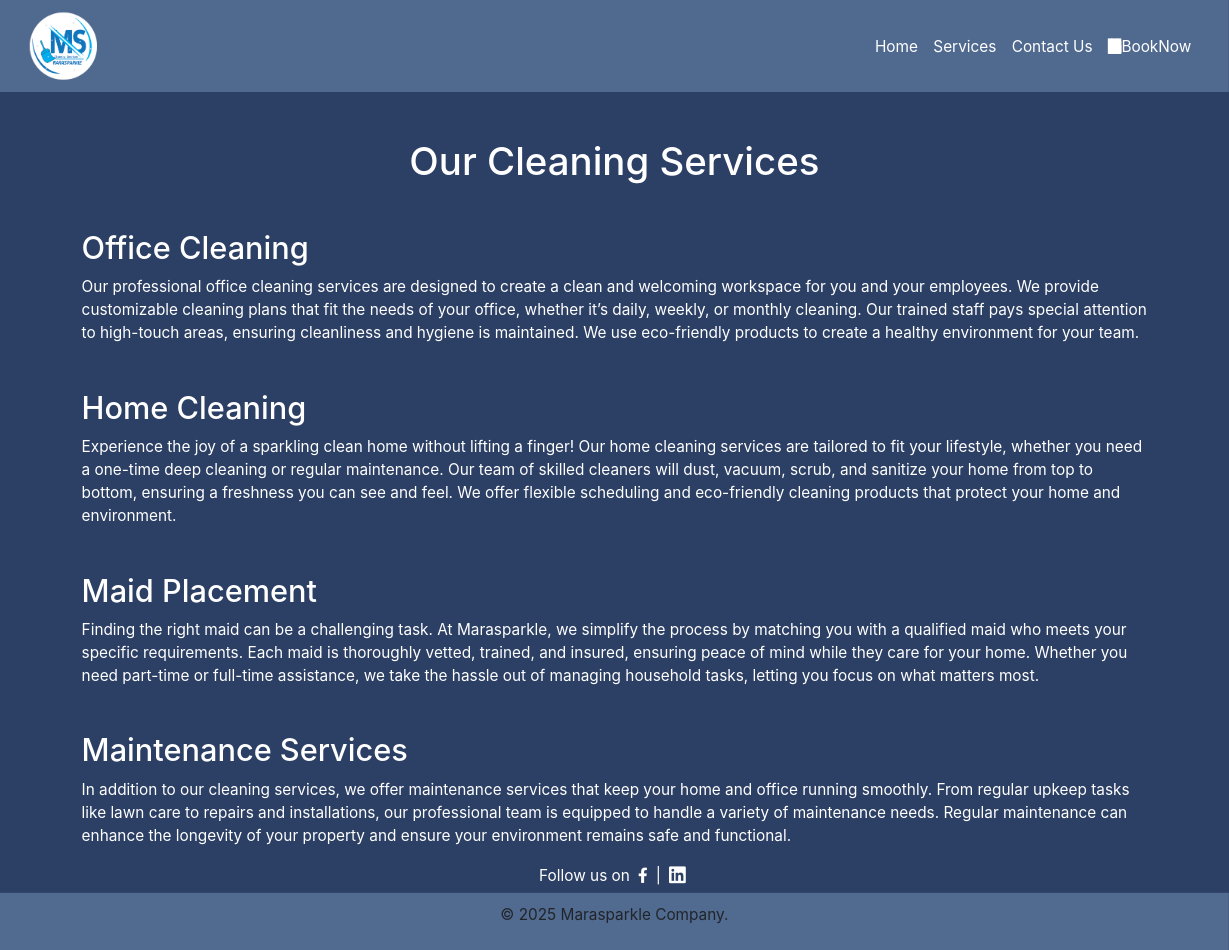
Repository: guineveretim/sparkle
Page: http://localhost/services/
The author's editor kept a copy of each file at every save. The page is drawn from the files as they stood at one save, then again after the next save.
The browser window is 1280 px wide. The pictures show the whole page, at 96% of full size.
The page is served by the project's application, run on Django 5.2 (manage.py). Other server files are loaded and not shown.

Above is the page before, as saved 2025-03-26 15:53:39.

### templates/application/services.html
{% load static %}
<!DOCTYPE html>
<html lang="en">
<head>
    <!-- Required meta tags -->
    <meta charset="utf-8">
    <meta name="viewport" content="width=device-width, initial-scale=1, shrink-to-fit=no">

    <!-- Bootstrap CSS -->
    <link rel="stylesheet" href="https://cdn.jsdelivr.net/npm/bootstrap@4.1.3/dist/css/bootstrap.min.css" integrity="sha384-MCw98/SFnGE8fJT3GXwEOngsV7Zt27NXFoaoApmYm81iuXoPkFOJwJ8ERdknLPMO" crossorigin="anonymous">

    <!-- Font Awesome CDN -->
    <link rel="stylesheet" href="https://cdnjs.cloudflare.com/ajax/libs/font-awesome/6.0.0-beta3/css/all.min.css">

    <link rel="stylesheet" href="{% static 'css/application/services.css' %}">

    <title>Services</title>

</head>
<body>

    <nav class="navbar navbar-expand-lg navbar-dark sticky-top" style="background-color:rgba(166, 206, 243,0.3);">
        <div class="container-fluid">
        <a class="navbar-brand" href="{% url 'services_details' %}">
            <img src="{% static 'icons/Maralog.png' %}" style="width:70px;">
        </a>
        <button class="navbar-toggler" type="button" data-toggle="collapse" data-target="#navbarNav" aria-controls="navbarNav" aria-expanded="false" aria-label="Toggle navigation">
            <span class="navbar-toggler-icon" style="color:white;"></span>
        </button>

        <div class="collapse navbar-collapse" id="navbarNav">
            <ul  class="navbar-nav ml-auto">
                <li class="nav-item ">
                    <a class="nav-link" href="{% url 'home' %}"><span style="color:white;">Home <span class="sr-only">(current)</span></a>
                </li>
                <li class="nav-item active">
                    <a class="nav-link" href="{% url 'services_details' %}"> <span style="color:white;"> Services</a>
                </li>
                <li class="nav-item">
                    <a class="nav-link" href="{% url 'contact' %}"> <span style="color:white;">Contact Us</a>
                </li>
                <li class="nav-item">
                    <a class="nav-link" href="{% url 'login' %}" style="color: white;"><i class="fas fa-calendar" style="background-color: rgb(255, 255, 255);"></i>BookNow</a>
                </li>
            </ul>
        </div>
    </div>
    </nav>

    <div class="container mt-5 text-white">
        <h1 class="text-center">Our Cleaning Services</h1>

        <section class="my-5">
            <h2>Office Cleaning</h2>
            <p>Our professional office cleaning services are designed to create a clean and welcoming workspace for you and your employees. We provide customizable cleaning plans that fit the needs of your office, whether it’s daily, weekly, or monthly cleaning. Our trained staff pays special attention to high-touch areas, ensuring cleanliness and hygiene is maintained. We use eco-friendly products to create a healthy environment for your team.</p>
        </section>

        <section class="my-5">
            <h2>Home Cleaning</h2>
            <p>Experience the joy of a sparkling clean home without lifting a finger! Our home cleaning services are tailored to fit your lifestyle, whether you need a one-time deep cleaning or regular maintenance. Our team of skilled cleaners will dust, vacuum, scrub, and sanitize your home from top to bottom, ensuring a freshness you can see and feel. We offer flexible scheduling and eco-friendly cleaning products that protect your home and environment.</p>
        </section>

        <section class="my-5">
            <h2>Maid Placement</h2>
            <p>Finding the right maid can be a challenging task. At Marasparkle, we simplify the process by matching you with a qualified maid who meets your specific requirements. Each maid is thoroughly vetted, trained, and insured, ensuring peace of mind while they care for your home. Whether you need part-time or full-time assistance, we take the hassle out of managing household tasks, letting you focus on what matters most.</p>
        </section>

        <section class="my-5">
            <h2>Maintenance Services</h2>
            <p>In addition to our cleaning services, we offer maintenance services that keep your home and office running smoothly. From regular upkeep tasks like lawn care to repairs and installations, our professional team is equipped to handle a variety of maintenance needs. Regular maintenance can enhance the longevity of your property and ensure your environment remains safe and functional.</p>
        </section>
    </div>


        <!-- ***** About Section End ***** -->

        <footer class="footer text-center" style="background-color: rgba(166, 206, 243, 0.3); padding: 10px 0;">
            <div class="container-fluid">
                <div class="row">
                    <div class="col-12">
                        <p>© 2025 Marasparkle Company.</p>
                    </div>
                    <div class="col-12" style="margin-top: -80px;">
                        <p style="color: white;">
                            Follow us on
                            <a href="https://www.facebook.com/profile.php?id=61573551016908" class="mx-1 text-white" aria-label="Follow us on Facebook">
                                <i class="fab fa-facebook-f"></i>
                            </a>
                            <span>|</span>
                            <a href="https://linkedin.com" class="mx-1 text-white" aria-label="Follow us on LinkedIn">
                                <i class="fab fa-linkedin fa-lg"></i>
                            </a>
                        </p>
                    </div>
                </div>
            </div>
        </footer>



    <!-- jQuery first, then Popper.js, then Bootstrap JS -->
    <script src="https://code.jquery.com/jquery-3.3.1.slim.min.js" integrity="sha384-q8i/X+965DzO0rT7abK41JStQIAqVgRVzpbzo5smXKp4YfRvH+8abtTE1Pi6jizo" crossorigin="anonymous"></script>
    <script src="https://cdn.jsdelivr.net/npm/popper.js@1.14.3/dist/umd/popper.min.js" integrity="sha384-ZMP7rVo3mIykV+2+9J3UJ46jBk0WLaUAdn689aCwoqbBJiSnjAK/l8WvCWPIPm49" crossorigin="anonymous"></script>
    <script src="https://cdn.jsdelivr.net/npm/bootstrap@4.1.3/dist/js/bootstrap.min.js" integrity="sha384-ChfqqxuZUCnJSK3+MXmPNIyE6ZbWh2IMqE241rYiqJxyMiZ6OW/JmZQ5stwEULTy" crossorigin="anonymous"></script>
</body>
</html>

### marasparkle/views.py

from django.shortcuts import redirect, render
from django.contrib.auth import authenticate, login
from .forms import RegisterForm, LoginForm
from django.contrib.auth.decorators import login_required
from django.contrib import messages
from .forms import BookingForm



def home(request):
  return render(request, 'home.html')

def Service(request):
    return render(request, 'application/services.html')


def contact(request):
    return render(request, 'application/contact.html')

def about_view(request):
    return render(request, 'application/about.html')


def register(request):
   if request.method == 'POST':
       form = RegisterForm(request.POST)
       if form.is_valid():
           user = form.save()
           login(request, user)
           return redirect('login')
   else:
       form = RegisterForm()
   return render(request, 'authentication/register.html', {'form': form})

def login_view(request):
    if request.method == 'POST':
        form = LoginForm(data=request.POST)
        if form.is_valid():
            username = form.cleaned_data.get('username')
            password = form.cleaned_data.get('password')
            user = authenticate(request, username=username, password=password)
            if user is not None:
                login(request, user)
                return redirect('bookings')
            else:

                messages.error(request, 'Invalid username or password.')
    else:
        form = LoginForm()
    return render(request, 'authentication/login.html', {'form': form})


@login_required
def create_booking(request):
    if request.method == 'POST':
        form = BookingForm(request.POST)
        if form.is_valid():
            booking = form.save(commit=False)
            booking.user = request.user
            booking.save()
            return redirect('booking_success')
    else:
        form = BookingForm()

    return render(request,'accounts/booking.html', {'form':form})

### marasparkleweb/urls.py
"""
URL configuration for marasparkleweb project.

The `urlpatterns` list routes URLs to views. For more information please see:
    https://docs.djangoproject.com/en/5.1/topics/http/urls/
Examples:
Function views
    1. Add an import:  from my_app import views
    2. Add a URL to urlpatterns:  path('', views.home, name='home')
Class-based views
    1. Add an import:  from other_app.views import Home
    2. Add a URL to urlpatterns:  path('', Home.as_view(), name='home')
Including another URLconf
    1. Import the include() function: from django.urls import include, path
    2. Add a URL to urlpatterns:  path('blog/', include('blog.urls'))
"""
from django.contrib import admin
from django.urls import include, path

urlpatterns = [
    path('admin/', admin.site.urls),
    path('', include('marasparkle.urls')),
]

### marasparkle/urls.py
from django.urls import path

from marasparkle.forms import ResetPasswordConfirmForm, ResetPasswordForm
from . import views
from django.contrib.auth import views as auth_views


urlpatterns = [
    path('', views.home, name='home'),
    path('about/',views.about_view, name='about'),
    path('services/',views.Service,name='services_details'),
    path('login/', views.login_view, name= 'login'),
    path('register/', views.register, name='register'),
    path('contact/', views.contact, name='contact'),

    path('password_reset/', auth_views.PasswordResetView.as_view(
        template_name='authentication/password_reset.html',
        form_class=ResetPasswordForm
    ), name='password_reset'),


    path('password_reset_done/', auth_views.PasswordResetDoneView.as_view(
        template_name='authentication/password_reset_done.html'
    ), name='password_reset_done'),


    path('password_reset_confirm/<uidb64>/<token>/', auth_views.PasswordResetConfirmView.as_view(
        template_name='authentication/password_reset_confirm.html',
        form_class=ResetPasswordConfirmForm
    ), name='password_reset_confirm'),

    path('password_reset_complete/', auth_views.PasswordResetCompleteView.as_view(
        template_name='authentication/password_reset_complete.html'
    ), name='password_reset_complete'),

    path('booking/',views.create_booking, name= 'bookings'),



]

### static/css/application/services.css
body{
  background-color: #2c3f64;
}

After the next save:
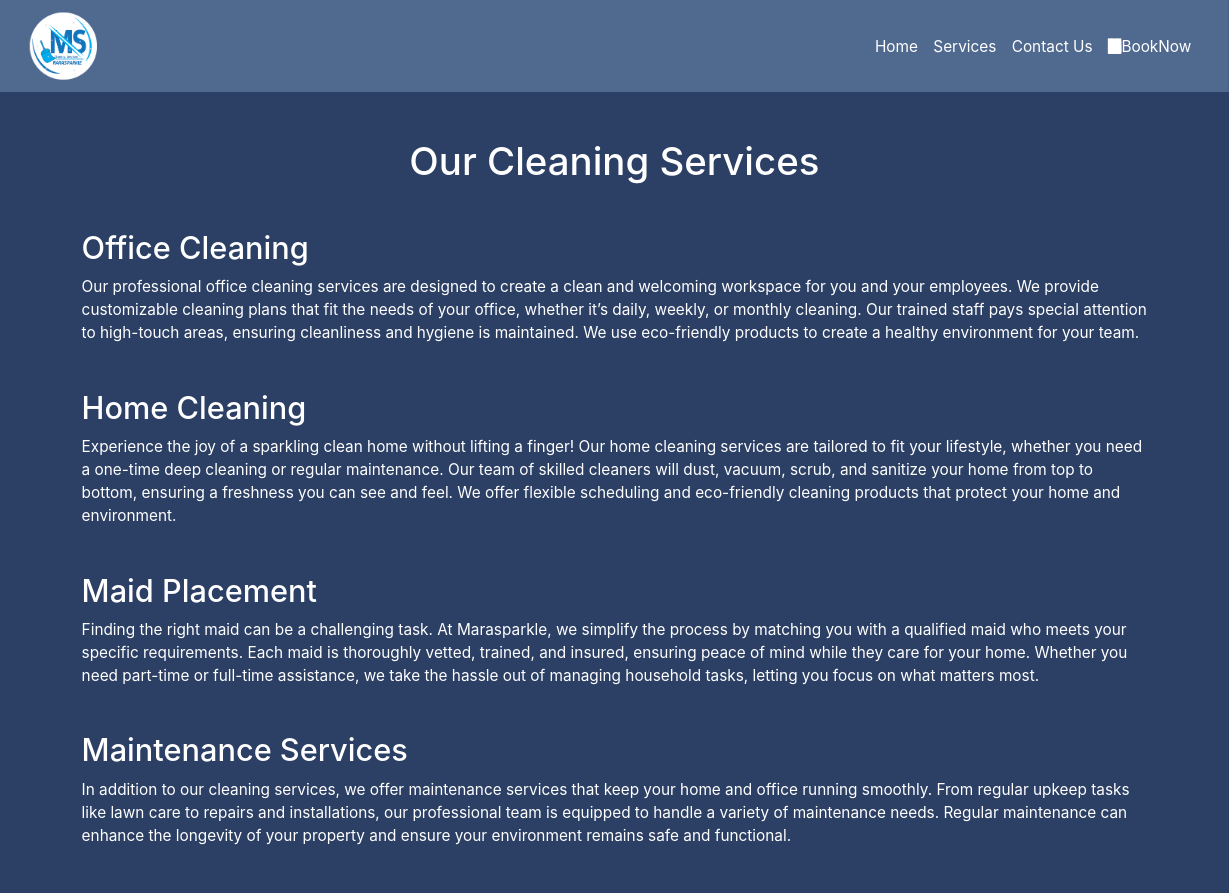
Saved 64 s later.
--- a/templates/application/services.html
+++ b/templates/application/services.html
@@ -72,29 +72,6 @@
     </div>
 
 
-        <!-- ***** About Section End ***** -->
-
-        <footer class="footer text-center" style="background-color: rgba(166, 206, 243, 0.3); padding: 10px 0;">
-            <div class="container-fluid">
-                <div class="row">
-                    <div class="col-12">
-                        <p>© 2025 Marasparkle Company.</p>
-                    </div>
-                    <div class="col-12" style="margin-top: -80px;">
-                        <p style="color: white;">
-                            Follow us on
-                            <a href="https://www.facebook.com/profile.php?id=61573551016908" class="mx-1 text-white" aria-label="Follow us on Facebook">
-                                <i class="fab fa-facebook-f"></i>
-                            </a>
-                            <span>|</span>
-                            <a href="https://linkedin.com" class="mx-1 text-white" aria-label="Follow us on LinkedIn">
-                                <i class="fab fa-linkedin fa-lg"></i>
-                            </a>
-                        </p>
-                    </div>
-                </div>
-            </div>
-        </footer>
 
 
 

After the save that followed:
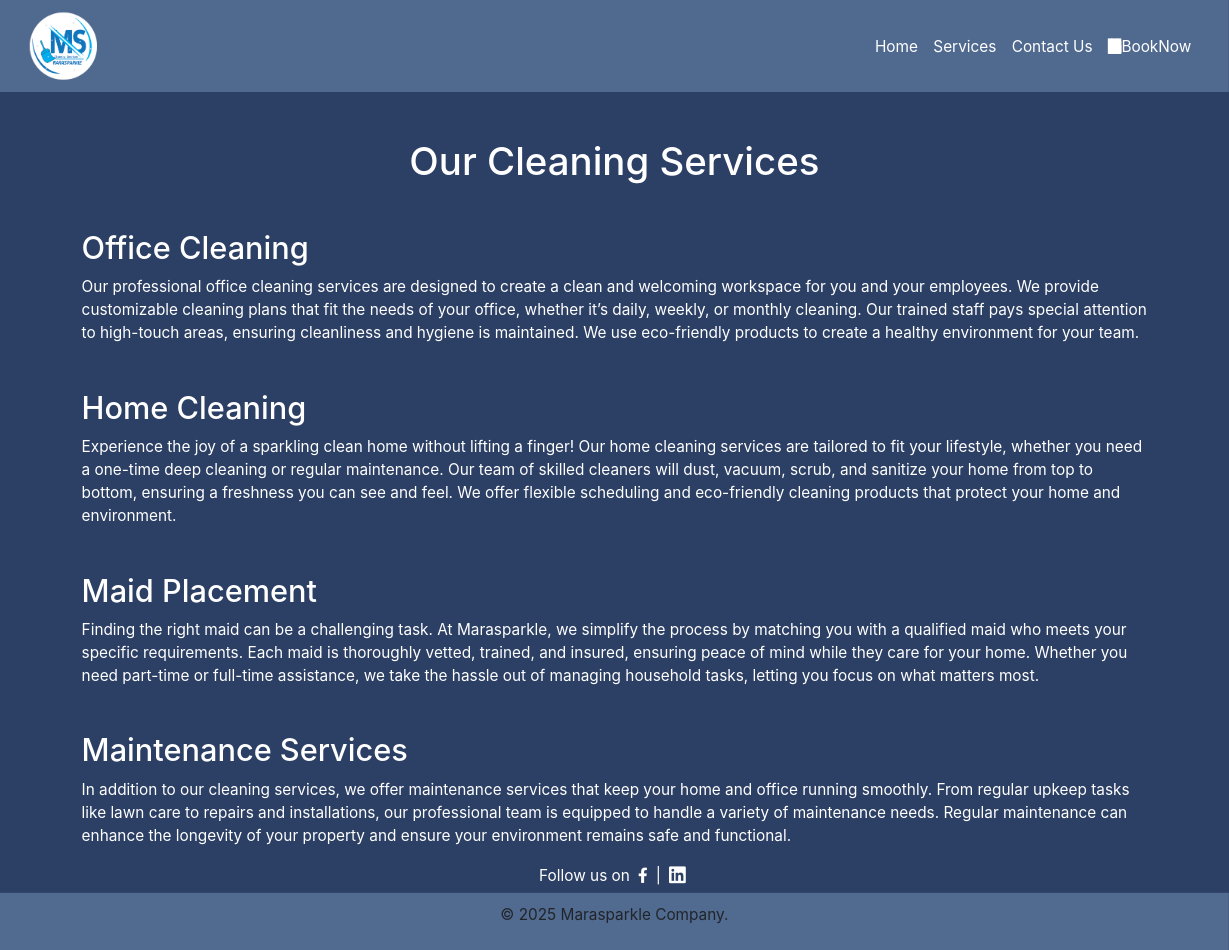
Saved 16 s later.
--- a/templates/application/services.html
+++ b/templates/application/services.html
@@ -72,6 +72,29 @@
     </div>
 
 
+        <!-- ***** About Section End ***** -->
+
+        <footer class="footer text-center" style="background-color: rgba(166, 206, 243, 0.3); padding: 10px 0;">
+            <div class="container-fluid">
+                <div class="row">
+                    <div class="col-12">
+                        <p>© 2025 Marasparkle Company.</p>
+                    </div>
+                    <div class="col-12" style="margin-top: -80px;">
+                        <p style="color: white;">
+                            Follow us on
+                            <a href="https://www.facebook.com/profile.php?id=61573551016908" class="mx-1 text-white" aria-label="Follow us on Facebook">
+                                <i class="fab fa-facebook-f"></i>
+                            </a>
+                            <span>|</span>
+                            <a href="https://linkedin.com" class="mx-1 text-white" aria-label="Follow us on LinkedIn">
+                                <i class="fab fa-linkedin fa-lg"></i>
+                            </a>
+                        </p>
+                    </div>
+                </div>
+            </div>
+        </footer>
 
 
 
